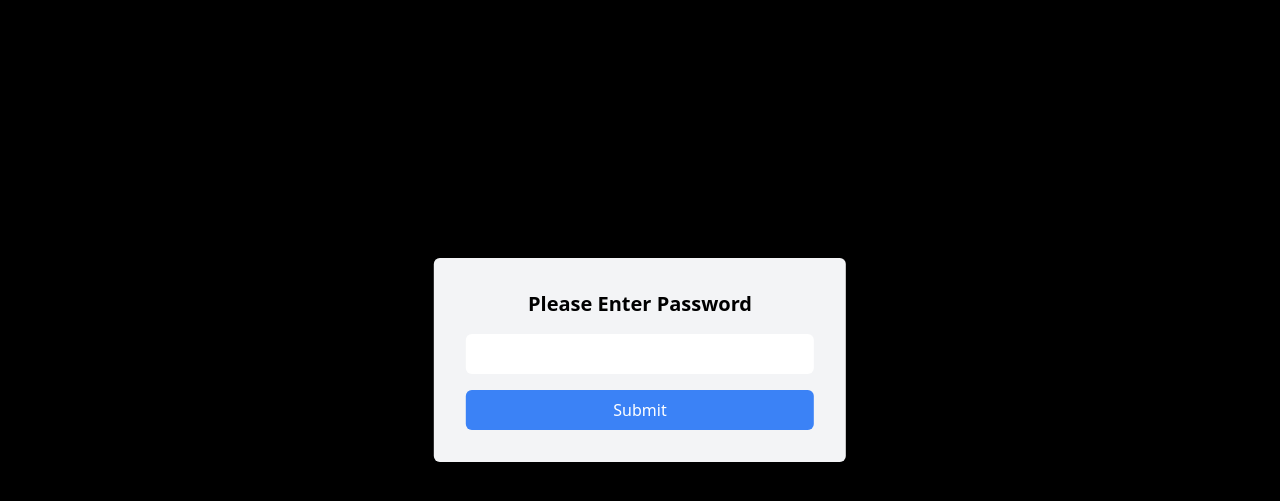
Repository: Q3-Designs/Dolce_Vita
Page: /
An editor plug-in stored every save of this project. The page is shown before and after the next save, followed by the edit.
The browser window is 1280 px wide. The pictures show the whole page.
The project was rebuilt for these pictures with package versions that can differ from the ones it lists, and the page was loaded fresh each time. Also part of the build but not shown: vite.config.ts, src/components/intersectionObserver/intersectionObserver.tsx, src/components/content/content.tsx, src/components/footer/footer.tsx, src/components/navbar/navbar.tsx, src/components/shuffleHero/shuffleHero.tsx, src/components/closer/closer.tsx.

Above is the page before, as saved 2024-05-26 13:24:01.

After the next save:
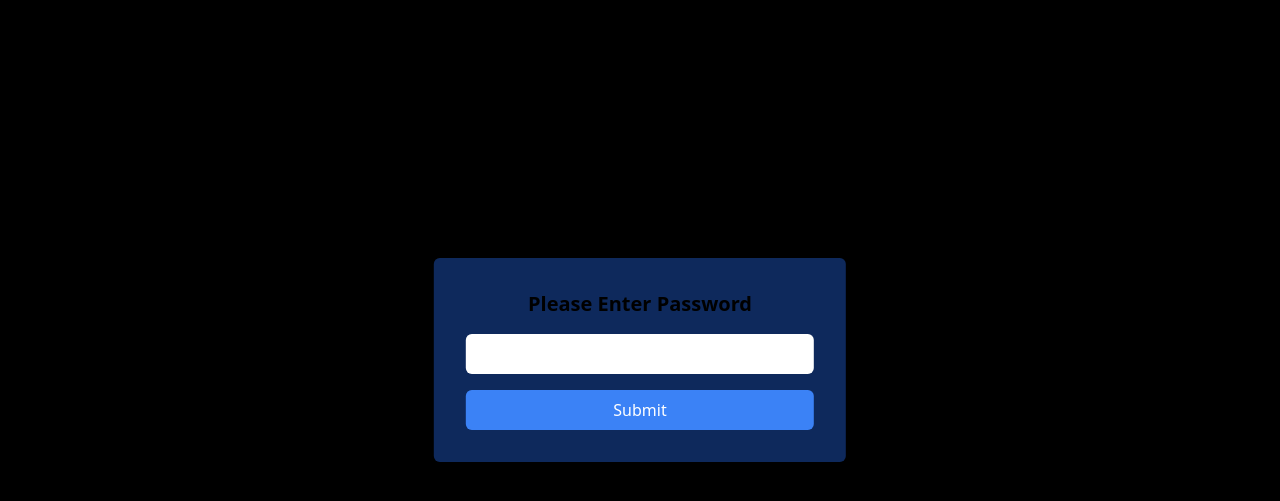
Saved 115 s later.
--- a/src/components/homepage/homepage.tsx
+++ b/src/components/homepage/homepage.tsx
@@ -153,7 +153,8 @@ bg-main-color">
      </>
         ) : (
             <>
-            <section className={`absolute top-1/2 left-1/2 transform -translate-x-1/2 -translate-y-1/2 bg-gray-100 p-8 rounded-md shadow-md`
+            <section className={`absolute top-1/2 left-1/2 transform -translate-x-1/2 -translate-y-1/2 bg-gray-100 p-8 rounded-md shadow-md
+            bg-main-color`
         }>
                 <h2 className="text-center text-xl font-semibold mb-4 text-black">Please Enter Password</h2>
                 <form onSubmit={handleSubmit}>
